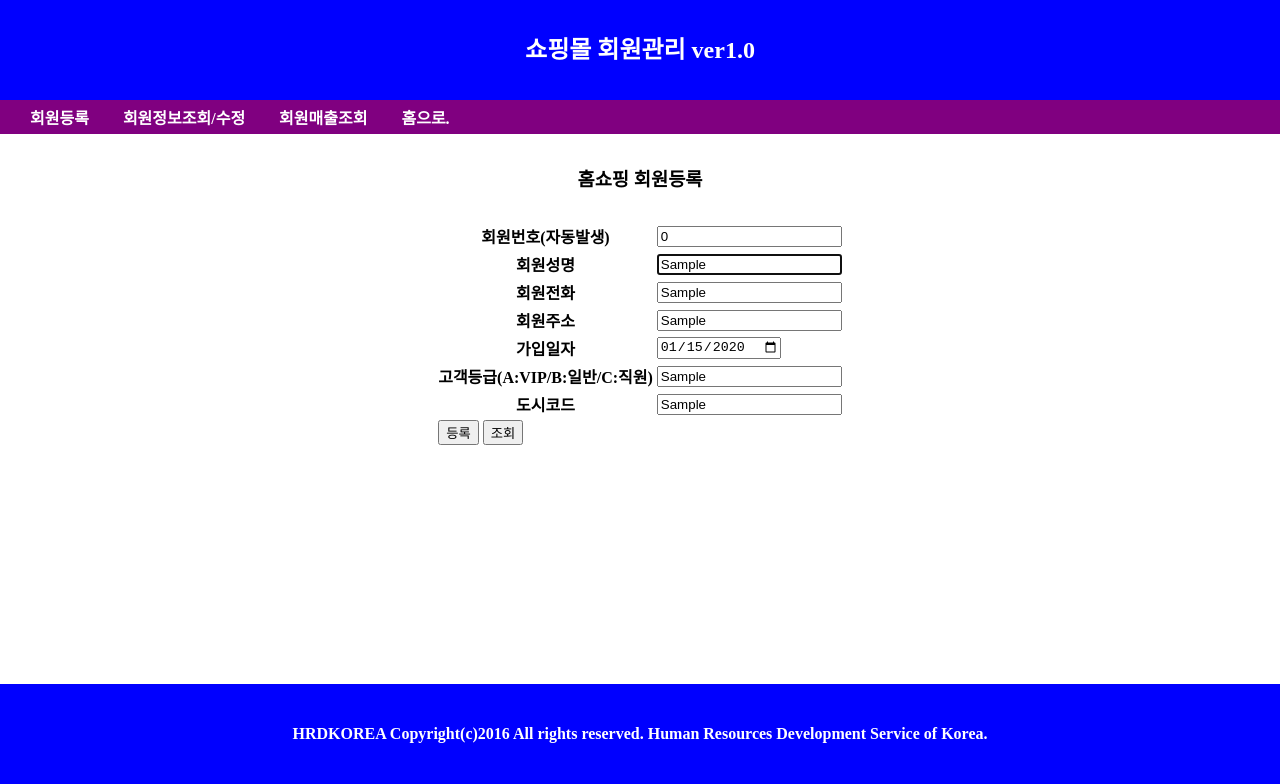
Repository: brightjy/Today-what-I-practiced
Page: http://localhost/HRD_7/view/register.jsp
The author's editor kept a copy of each file at every save. The page is drawn from the files as they stood at one save, then again after the next save.
The browser window is 1280 px wide. The pictures show the whole page.
Empty fields were first filled with sample values (such as "Sample", 5 or name@example.com).
After loading, the first visible `input[onclick="infoConfirm()"]` was clicked once.
The page is served by Tomcat 9. Other server files are loaded and not shown. Queries for data that is not in the repository find no rows.

Above is the page before, as saved 2020-05-18 11:56:17.

### hrdkorea_0518/HRD_7/WebContent/view/register.jsp
<%@page import="com.hrd.dao.MemberDao"%>
<%@ page language="java" contentType="text/html; charset=UTF-8"
    pageEncoding="UTF-8"%>
<% String conPath = request.getContextPath(); %>
<!DOCTYPE html>
<html>
<head>
<meta charset="UTF-8">
<title>Insert title here</title>
<script>
	function infoConfirm(){
		if(info.custname.value.length==0){
			alert('회원성명이 입력되지 않았습니다.');
			info.custname.focus();
			return false;
		}
		if(info.phone.value.length==0){
			alert('회원전화번호가 입력되지 않았습니다.');
			info.custname.focus();
			return false;
		}
		if(info.phone.value.length!=0 && (info.phone.value.indexOf('-'==0) || info.phone.value.indexOf('-')==info.phone.value.lastIndexOf('-'))){
			alert('회원전화번호는 000-0000-0000 형식으로 입력해주세요.');
			info.custname.focus();
			return false;
		}
		info.submit();
	}
</script>
</head>
<body>
<jsp:include page="header.jsp"></jsp:include>
<section>
<div>
	<h3>홈쇼핑 회원등록</h3>
	<form action="<%=conPath %>/pro/register.jsp" method="get" name="info">
	<%
		MemberDao mDao = MemberDao.getInstance();
		int custno = mDao.custno();
	%>
		<table>
			<tr>
				<th>회원번호(자동발생)</th>
				<td><input type="text" name="custno" value="<%=custno%>"></td>
			</tr>
			<tr>
				<th>회원성명</th>
				<td><input type="text" name="custname"></td>
			</tr>
			<tr>
				<th>회원전화</th>
				<td><input type="text" name="phone"></td>
			</tr>
			<tr>
				<th>회원주소</th>
				<td><input type="text" name="address"></td>
			</tr>
			<tr>
				<th>가입일자</th>
				<td><input type="date" name="joindate"></td>
			</tr>
			<tr>
				<th>고객등급(A:VIP/B:일반/C:직원)</th>
				<td><input type="text" name="grade"></td>
			</tr>
			<tr>
				<th>도시코드</th>
				<td><input type="text" name="city"></td>
			</tr>
			<tr>
				<td colspan="2">
					<input type="button" value="등록" onclick="infoConfirm()">
					<input type="button" value="조회" onclick="location.href='<%=conPath %>/view/memberList.jsp'">
				</td>
			</tr>
		</table>
	</form>
</div>
</section>
<jsp:include page="footer.jsp"></jsp:include>
</body>
</html>

### hrdkorea_0518/HRD_7/WebContent/view/header.jsp
<%@ page language="java" contentType="text/html; charset=UTF-8"
    pageEncoding="UTF-8"%>
<% String conPath = request.getContextPath(); %>
<!DOCTYPE html>
<html>
<head>
<meta charset="UTF-8">
<title>Insert title here</title>
<style>
*{margin:0 auto;}
header, footer{background-color:blue; height:100px; line-height:100px; text-align:center;}
h2, h4, a{color:white;}
nav{padding:5px 0 5px 30px; background-color:purple;}
nav a{padding-right:30px; text-decoration: none; font-weight:bold;}
section{height:550px;}
div{padding:30px;}
h3{text-align:center; padding:0 0 30px 0;}
</style>
</head>
<body>
<header>
	<h2>쇼핑몰 회원관리 ver1.0</h2>
</header>
<nav>
	<a href="<%=conPath %>/view/register.jsp">회원등록</a>
	<a href="<%=conPath %>/view/memberList.jsp">회원정보조회/수정</a>
	<a href="<%=conPath %>/view/sumPriceList.jsp">회원매출조회</a>
	<a href="<%=conPath %>/view/main.jsp">홈으로.</a>
</nav>
</body>
</html>

### hrdkorea_0518/HRD_7/WebContent/view/footer.jsp
<%@ page language="java" contentType="text/html; charset=UTF-8"
    pageEncoding="UTF-8"%>
<!DOCTYPE html>
<html>
<head>
<meta charset="UTF-8">
<title>Insert title here</title>
</head>
<body>
<footer>
	<h4>HRDKOREA Copyright(c)2016 All rights reserved. Human Resources Development Service of Korea.</h4>
</footer>
</body>
</html>

### hrdkorea_0518/HRD_7/src/com/hrd/dao/MemberDao.java
package com.hrd.dao;

import java.sql.Connection;
import java.sql.Date;
import java.sql.DriverManager;
import java.sql.PreparedStatement;
import java.sql.ResultSet;
import java.util.ArrayList;

import com.hrd.dto.MemberDto;
import com.hrd.dto.SumPriceDto;

public class MemberDao {
	// 싱글톤
	private static MemberDao instance = new MemberDao();
	private MemberDao() {}
	public static MemberDao getInstance() {
		return instance;
	}
	// 데이터 연결
	public static Connection getConnection() throws Exception {
		Class.forName("oracle.jdbc.OracleDriver");
		Connection con = DriverManager.getConnection
				("jdbc:oracle:thin:@//localhost:1521/xe", "system", "1234");
		return con;
	}
	// 회원번호 자동생성
	public int custno() {
		int custno = 0;

		Connection conn = null;
		PreparedStatement pstmt = null;
		ResultSet rs = null;
		String sql = "SELECT MAX(CUSTNO)+1 CUSTNO FROM MEMBER_TBL_02";


		try {
			conn = getConnection();
			pstmt = conn.prepareStatement(sql);
			rs = pstmt.executeQuery();
			if(rs.next()) {
				custno = rs.getInt("custno");
			}
		} catch (Exception e) {
			System.out.println(e.getMessage());
		} finally {
			try {
				if(conn!=null) conn.close();
				if(pstmt!=null) pstmt.close();
				if(rs!=null) rs.close();
			}catch(Exception e) {
				System.out.println(e.getMessage());
			}
		}
		return custno;
	}
	// 회원등록
	public int registerMember(String custname, String phone, String address, Date joindate, String grade, String city) {
		int result = 0;
		Connection conn = null;
		PreparedStatement pstmt = null;
		String sql = "INSERT INTO MEMBER_TBL_02" +
				"    VALUES (CUSTNO_SQ.NEXTVAL, ?, ?, ?, ?, ?, ?)";
		try {
			conn = getConnection();
			pstmt = conn.prepareStatement(sql);
			pstmt.setString(1, custname);
			pstmt.setString(2, phone);
			pstmt.setString(3, address);
			pstmt.setDate(4, joindate);
			pstmt.setString(5, grade);
			pstmt.setString(6, city);
			result = pstmt.executeUpdate();
			System.out.println(result==1?"등록성공":"등록실패");
		} catch (Exception e) {
			System.out.println(e.getMessage());
		}
		return result;
	}
	// 회원목록 조회
	public ArrayList<MemberDto> memberList(){
		ArrayList<MemberDto> dtos = new ArrayList<MemberDto>();
		Connection conn = null;
		PreparedStatement pstmt = null;
		ResultSet rs = null;
		String sql = "SELECT*FROM MEMBER_TBL_02 ORDER BY CUSTNO";
		try {
			conn = getConnection();
			pstmt = conn.prepareStatement(sql);
			rs = pstmt.executeQuery();
			while(rs.next()) {
				int custno = rs.getInt("custno");
				String custname = rs.getString("custname");
				String phone = rs.getString("phone");
				String address = rs.getString("address");
				Date joindate = rs.getDate("joindate");
				String grade = rs.getString("grade");
				String city = rs.getString("city");
				dtos.add(new MemberDto(custno, custname, phone, address, joindate, grade, city));
			}
		} catch (Exception e) {
			System.out.println(e.getMessage());
		} finally {
			try {
				if(conn!=null) conn.close();
				if(pstmt!=null) pstmt.close();
				if(rs!=null) rs.close();
			}catch(Exception e) {
				System.out.println(e.getMessage());
			}
		}
		return dtos;
	}
	// 회원정보 불러오기
	public MemberDto getMember(String custnoStr) {
		MemberDto dto = new MemberDto();
		Connection conn = null;
		PreparedStatement pstmt = null;
		ResultSet rs = null;
		String sql = "SELECT*FROM MEMBER_TBL_02 WHERE CUSTNO=?";
		try {
			conn = getConnection();
			pstmt = conn.prepareStatement(sql);
			pstmt.setString(1, custnoStr);
			rs = pstmt.executeQuery();
			while(rs.next()) {
				int custno = rs.getInt("custno");
				String custname = rs.getString("custname");
				String phone = rs.getString("phone");
				String address = rs.getString("address");
				Date joindate = rs.getDate("joindate");
				String grade = rs.getString("grade");
				String city = rs.getString("city");
				dto = new MemberDto(custno, custname, phone, address, joindate, grade, city);
			}
		} catch (Exception e) {
			System.out.println(e.getMessage());
		} finally {
			try {
				if(conn!=null) conn.close();
				if(pstmt!=null) pstmt.close();
				if(rs!=null) rs.close();
			}catch(Exception e) {
				System.out.println(e.getMessage());
			}
		}
		return dto;
	}
	// 회원정보 수정
	public int updateMember(String custname, String phone, String address, Date joindate, String grade, String city, String custnoStr) {
		int result = 0;
		Connection conn = null;
		PreparedStatement pstmt = null;
		String sql = "UPDATE MEMBER_TBL_02 SET" +
				"    CUSTNAME=?," +
				"    PHONE=?," +
				"    ADDRESS=?," +
				"    JOINDATE=?," +
				"    GRADE=?," +
				"    CITY=?" +
				"    WHERE CUSTNO=?";
		try {
			conn = getConnection();
			pstmt = conn.prepareStatement(sql);
			pstmt.setString(1, custname);
			pstmt.setString(2, phone);
			pstmt.setString(3, address);
			pstmt.setDate(4, joindate);
			pstmt.setString(5, grade);
			pstmt.setString(6, city);
			pstmt.setString(7, custnoStr);
			result = pstmt.executeUpdate();
			System.out.println(result==1?"수정성공":"수정실패");
		} catch (Exception e) {
			System.out.println(e.getMessage());
		}
		return result;
	}
	// 회원매출 정보 조회(custno, custname, grade, sum(price))
	public ArrayList<SumPriceDto> sumPriceList(){
		ArrayList<SumPriceDto> dtos = new ArrayList<SumPriceDto>();
		Connection conn = null;
		PreparedStatement pstmt = null;
		ResultSet rs = null;
		String sql = "SELECT ME.CUSTNO CUSTNO, CUSTNAME, GRADE, SUM(PRICE) SUM_PRICE" +
				"    FROM MEMBER_TBL_02 ME, MONEY_TBL_02 MO" +
				"    WHERE ME.CUSTNO=MO.CUSTNO" +
				"    GROUP BY ME.CUSTNO, CUSTNAME, GRADE" +
				"    HAVING SUM(PRICE)>0" +
				"    ORDER BY SUM(PRICE) DESC";
		try {
			conn = getConnection();
			pstmt = conn.prepareStatement(sql);
			rs = pstmt.executeQuery();
			while(rs.next()) {
				int custno = rs.getInt("custno");
				String custname = rs.getString("custname");
				int sum_price =rs.getInt("sum_price");
				dtos.add(new SumPriceDto(custno, custname, sum_price));
			}
		} catch (Exception e) {
			System.out.println(e.getMessage());
		} finally {
			try {
				if(conn!=null) conn.close();
				if(pstmt!=null) pstmt.close();
				if(rs!=null) rs.close();
			}catch(Exception e) {
				System.out.println(e.getMessage());
			}
		}
		return dtos;
	}
}

After the next save:
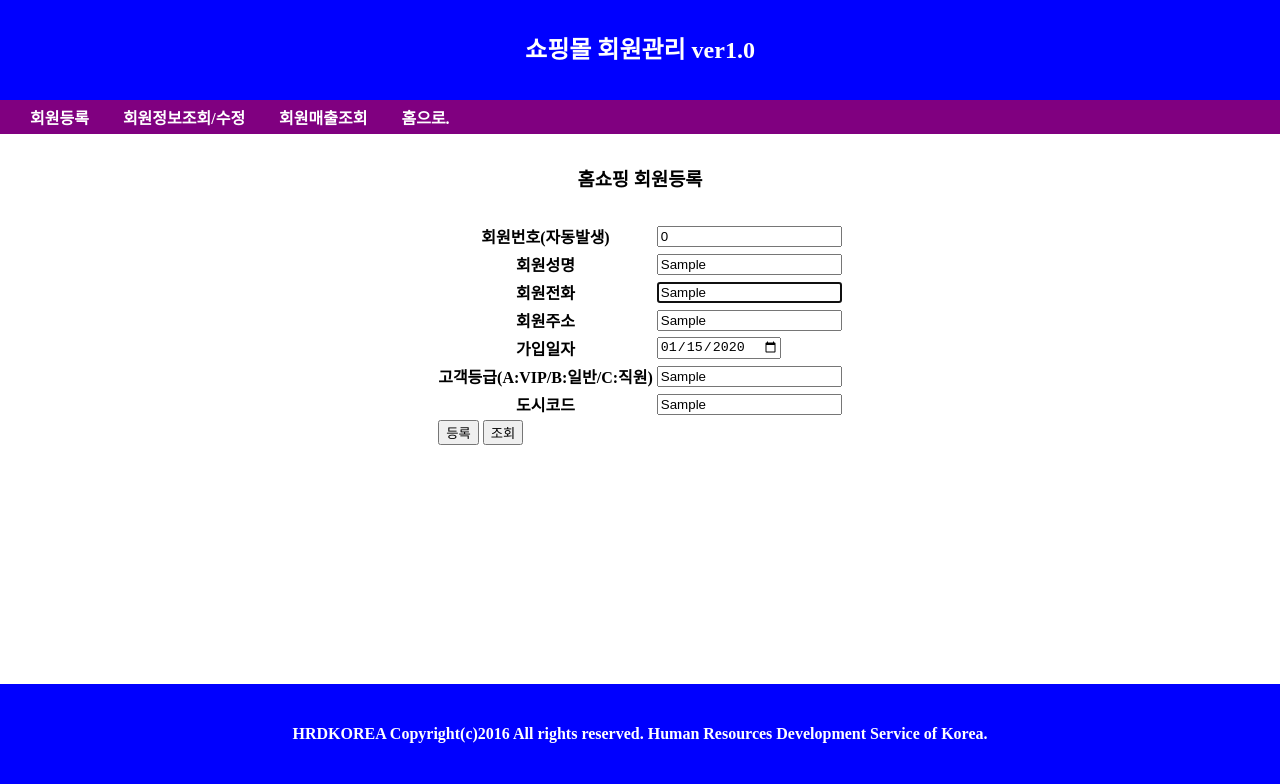
Saved 2 min 8 s later.
--- a/hrdkorea_0518/HRD_7/WebContent/view/register.jsp
+++ b/hrdkorea_0518/HRD_7/WebContent/view/register.jsp
@@ -16,12 +16,27 @@
 		}
 		if(info.phone.value.length==0){
 			alert('회원전화번호가 입력되지 않았습니다.');
-			info.custname.focus();
+			info.phone.focus();
 			return false;
 		}
 		if(info.phone.value.length!=0 && (info.phone.value.indexOf('-'==0) || info.phone.value.indexOf('-')==info.phone.value.lastIndexOf('-'))){
 			alert('회원전화번호는 000-0000-0000 형식으로 입력해주세요.');
-			info.custname.focus();
+			info.phone.focus();
+			return false;
+		}
+		if(info.address.value.length==0){
+			alert('회원주소가 입력되지 않았습니다.');
+			info.address.focus();
+			return false;
+		}
+		if(info.joindate.value.length==0){
+			alert('회원가입일자가 입력되지 않았습니다.');
+			info.joindate.focus();
+			return false;
+		}
+		if(info.grade.value.length==0){
+			alert('회원등급이 입력되지 않았습니다.');
+			info.grade.focus();
 			return false;
 		}
 		info.submit();
